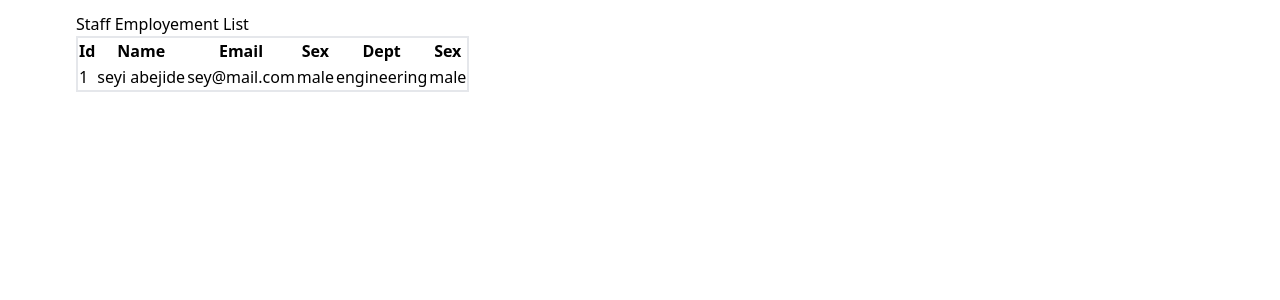
Repository: Semanmernstack/crud
Page: /
An editor plug-in stored every save of this project. The page is shown before and after the next save, followed by the edit.
The browser window is 1280 px wide. The pictures show the whole page.
The project was rebuilt for these pictures with package versions that can differ from the ones it lists, and the page was loaded fresh each time. Also part of the build but not shown: src/Details.js, src/Create.js, src/Edit.js.

Above is the page before, as saved 2022-12-23 03:06:35.

After the next save:
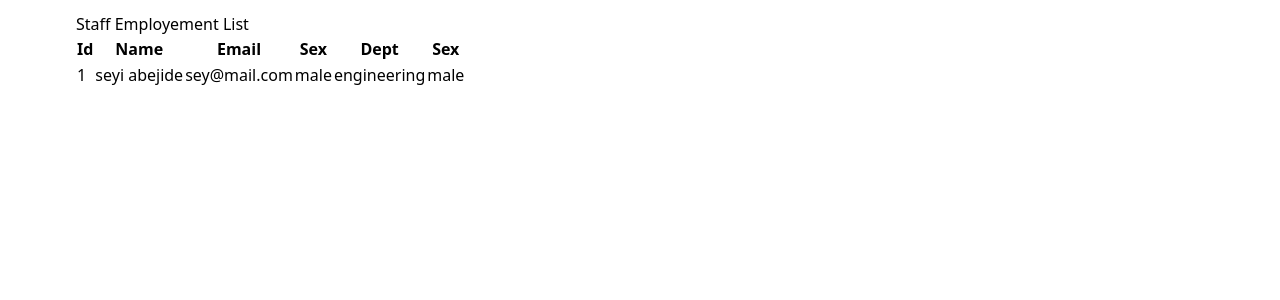
Saved 28 s later.
--- a/src/List.js
+++ b/src/List.js
@@ -6,8 +6,8 @@ function List() {
 
         <p>Staff Employement List</p>
 
-        <div>
-        <table className="table-auto border-2   " >
+        <div className="flex">
+        <table className="table-auto   " >
             <thead>
                 <tr>
                     <th>Id</th>
